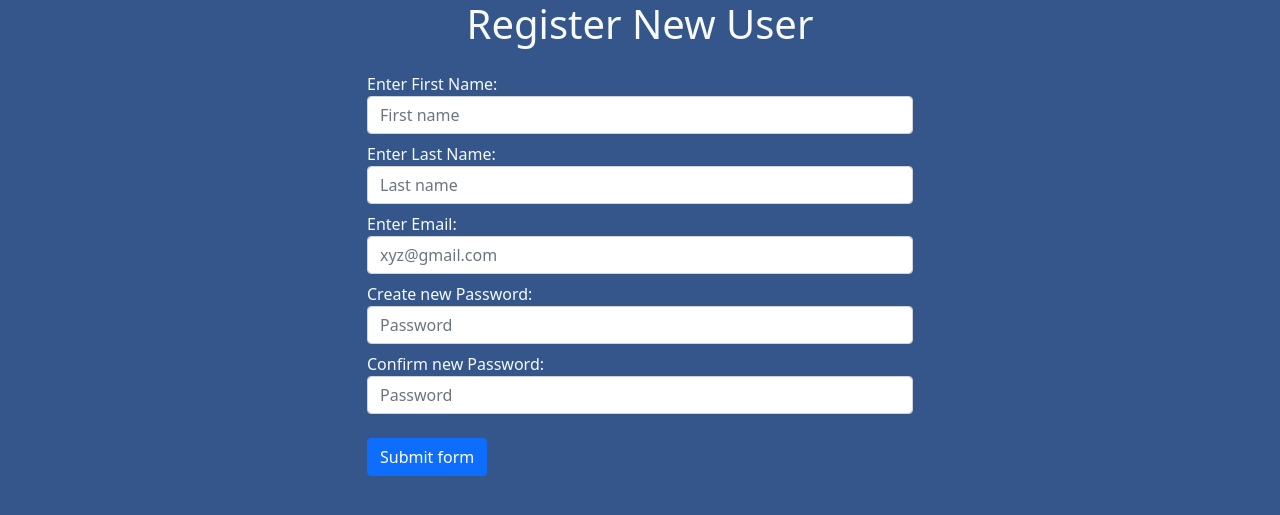
Repository: paresh-art/MyWebsite
Page: http://localhost/com.website/signup.jsp
The author's editor kept a copy of each file at every save. The page is drawn from the files as they stood at one save, then again after the next save.
The browser window is 1280 px wide. The pictures show the whole page.
The page is served by Tomcat 9. Other server files are loaded and not shown.

Above is the page before, as saved 2022-11-07 15:07:42.

### com.website/src/main/webapp/signup.jsp
<%@ page language="java" contentType="text/html; charset=UTF-8"
	pageEncoding="UTF-8"%>
<!doctype html>
<html lang="en">
<head>
<!-- Required meta tags -->
<meta charset="utf-8">
<meta name="viewport" content="width=device-width, initial-scale=1">
<link href="styles.css" rel="mystylesheet">
<!-- Bootstrap CSS -->
<link
	href="https://cdn.jsdelivr.net/npm/bootstrap@5.0.2/dist/css/bootstrap.min.css"
	rel="stylesheet"
	integrity="sha384-EVSTQN3/azprG1Anm3QDgpJLIm9Nao0Yz1ztcQTwFspd3yD65VohhpuuCOmLASjC"
	crossorigin="anonymous">

<title>Hello, world!</title>
</head>
<body style="background-color:#34568B;">
	<div class="container">
		<h1 class="mx-auto text-center text-light">Register New User</h1>
		<form class="mt-4">
			<div class="row">
				<div class="col-lg-6 col-md-8 col-sm-12 mx-auto text-light">
					Enter First Name:<input type="text" class="form-control"
						placeholder="First name">
				</div>
			</div>

			<div class="row mt-2">
				<div class="col-lg-6 col-md-8 col-sm-12 mx-auto text-light">
					Enter Last Name:<input type="text" class="form-control"
						placeholder="Last name" >
				</div>
			</div>
			<div class="row mt-2">
				<div class="col-lg-6 col-md-8 col-sm-12 mx-auto text-light">
					Enter Email:<input type="text" class="form-control"
						placeholder="xyz@gmail.com">
				</div>
			</div>
			<div class="row mt-2">
				<div class="col-lg-6 col-md-8 col-sm-12 mx-auto text-light">
					Create new Password:<input type="password" class="form-control"
						placeholder="Password">
				</div>
			</div>
			<div class="row mt-2">
				<div class="col-lg-6 col-md-8 col-sm-12 mx-auto text-light">
					Confirm new Password:<input type="password" class="form-control"
						placeholder="Password">
				</div>
			</div>
			<br>
			<div class="row">
				<div class="col-lg-6 col-md-8 col-sm-12 mx-auto text-light">
					<button class="btn btn-primary " type="submit">Submit form</button>
				</div>

			</div>
		</form>


		<!-- Optional JavaScript; choose one of the two! -->

		<!-- Option 1: Bootstrap Bundle with Popper -->
		<script
			src="https://cdn.jsdelivr.net/npm/bootstrap@5.0.2/dist/js/bootstrap.bundle.min.js"
			integrity="sha384-MrcW6ZMFYlzcLA8Nl+NtUVF0sA7MsXsP1UyJoMp4YLEuNSfAP+JcXn/tWtIaxVXM"
			crossorigin="anonymous"></script>

		<!-- Option 2: Separate Popper and Bootstrap JS -->
		<!--
    <script src="https://cdn.jsdelivr.net/npm/@popperjs/core@2.9.2/dist/umd/popper.min.js" integrity="sha384-IQsoLXl5PILFhosVNubq5LC7Qb9DXgDA9i+tQ8Zj3iwWAwPtgFTxbJ8NT4GN1R8p" crossorigin="anonymous"></script>
    <script src="https://cdn.jsdelivr.net/npm/bootstrap@5.0.2/dist/js/bootstrap.min.js" integrity="sha384-cVKIPhGWiC2Al4u+LWgxfKTRIcfu0JTxR+EQDz/bgldoEyl4H0zUF0QKbrJ0EcQF" crossorigin="anonymous"></script>
    -->
</body>
</html>

After the next save:
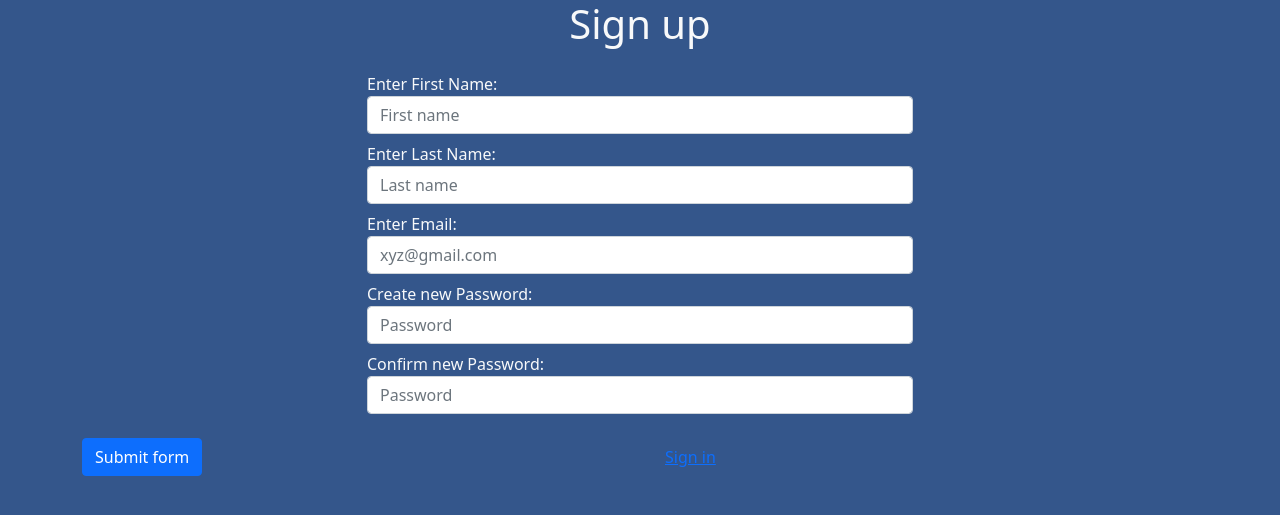
Saved 6 min 8 s later.
--- a/com.website/src/main/webapp/signup.jsp
+++ b/com.website/src/main/webapp/signup.jsp
@@ -18,7 +18,7 @@
 </head>
 <body style="background-color:#34568B;">
 	<div class="container">
-		<h1 class="mx-auto text-center text-light">Register New User</h1>
+		<h1 class="mx-auto text-center text-light">Sign up</h1>
 		<form class="mt-4">
 			<div class="row">
 				<div class="col-lg-6 col-md-8 col-sm-12 mx-auto text-light">
@@ -56,6 +56,9 @@
 				<div class="col-lg-6 col-md-8 col-sm-12 mx-auto text-light">
 					<button class="btn btn-primary " type="submit">Submit form</button>
 				</div>
+				<div class="col-lg-6 col-md-8 col-sm-12 mx-auto text-light">
+					<button type="button" class="btn btn-link">Sign in</button>
+				</div>
 
 			</div>
 		</form>
